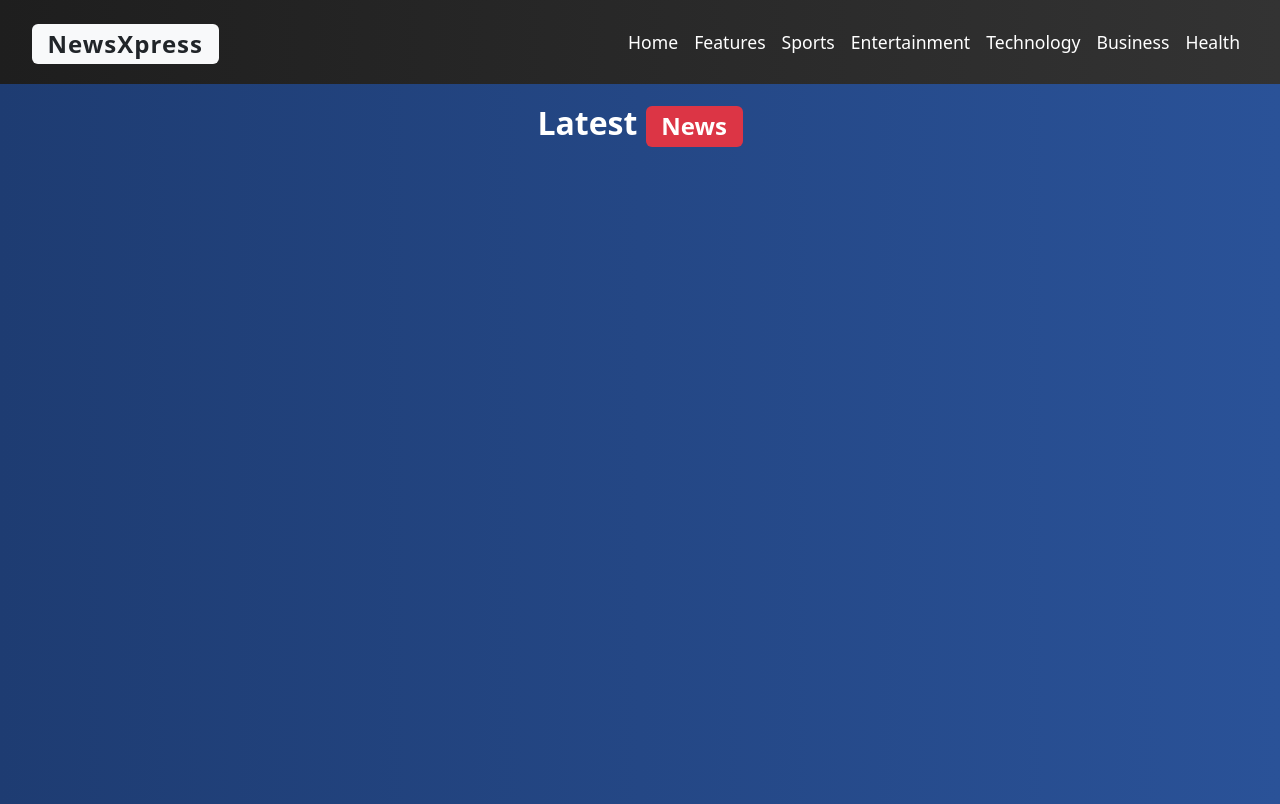
Repository: Abhishek-Thakur14/NewsXpress
Page: /
These files come from the project's save history. The page is drawn as it stood at one moment and after the next save; the edit follows.
The browser window is 1280 px wide. The pictures show the whole page.
The page's requests for data from a server got no answer. The project was rebuilt for these pictures with package versions that can differ from the ones it lists, and the page was loaded fresh each time. No one was signed in, and anything a server would have sent is missing. Also part of the build but not shown: vite.config.js, src/Components/NewsItem.jsx.

Above is the page before, as saved 2025-02-08 16:32:33.

After the next save:
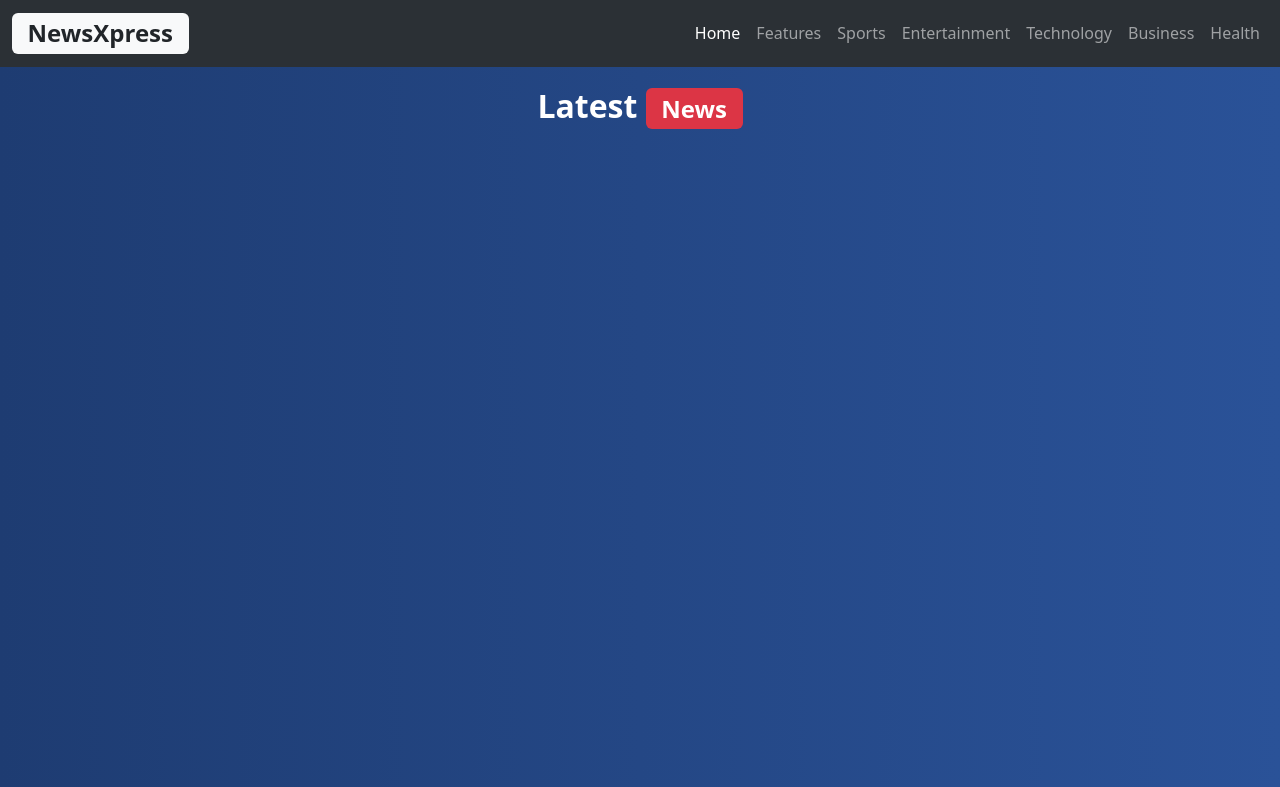
Saved 26 s later.
--- a/src/Components/Navbar.jsx
+++ b/src/Components/Navbar.jsx
@@ -1,5 +1,5 @@
 import { Link } from "react-router-dom";
-import "./Navbar.css"; // Import CSS for styling
+// import "./Navbar.css"; // Import CSS for styling
 
 const Navbar = () => {
   return (
